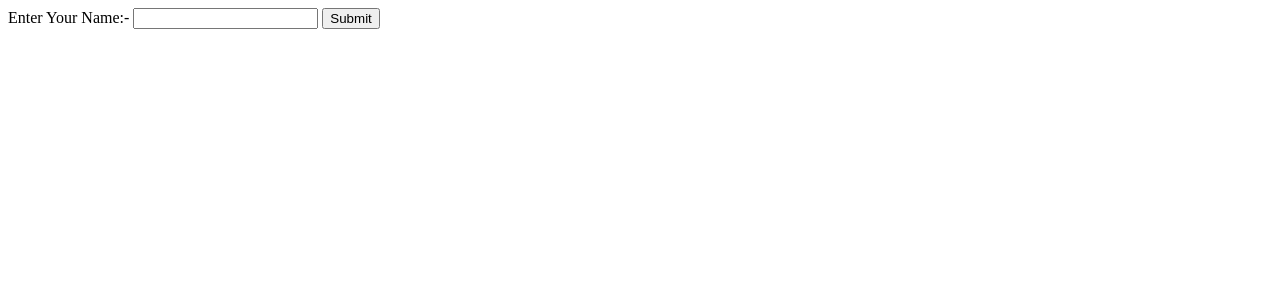
Repository: Bhushan1307/jewelltechno
Page: db-web-app/src/main/webapp/index.html
The author's editor kept a copy of each file at every save. The page is drawn from the files as they stood at one save, then again after a run of saves.
The browser window is 1280 px wide. The pictures show the whole page.

Above is the page before, as saved 2023-02-14 12:00:46.

### db-web-app/src/main/webapp/index.html
<!DOCTYPE html>
<html>
<head>
<meta charset="ISO-8859-1">
<title>Insert title here</title>
</head>
<body>
		<form action="student">
		<label>Enter Your Name:- </label>
		<input type="text" name="std-name">
		<input type="submit">

		</form>
</body>
</html>

After the next 2 saves:
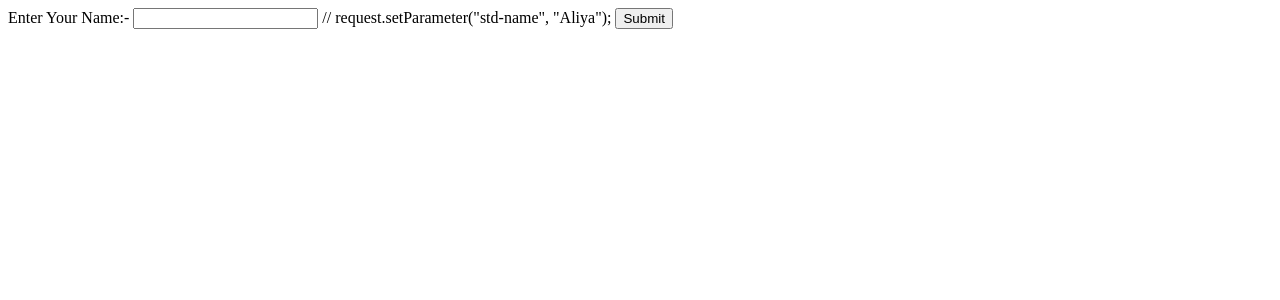
The 2 saves are shown as one change because they came seconds apart.
The last was saved 2 min 34 s later.
--- a/db-web-app/src/main/webapp/index.html
+++ b/db-web-app/src/main/webapp/index.html
@@ -7,7 +7,7 @@
 <body>
 		<form action="student">
 		<label>Enter Your Name:- </label>
-		<input type="text" name="std-name">
+		<input type="text" name="std-name">  // request.setParameter("std-name", "Aliya");
 		<input type="submit">
 
 		</form>

After the 3 saves that followed:
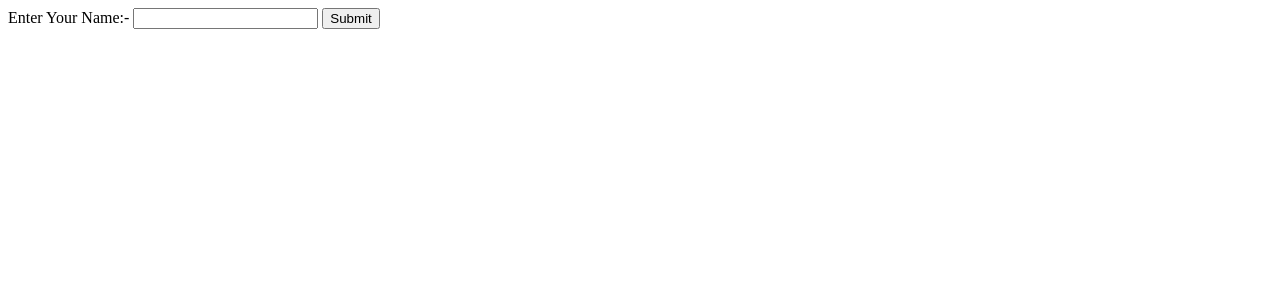
The 3 saves are shown as one change because 1 left the picture as it was and some came seconds apart.
The last was saved 6 min 12 s later.
--- a/db-web-app/src/main/webapp/index.html
+++ b/db-web-app/src/main/webapp/index.html
@@ -7,7 +7,7 @@
 <body>
 		<form action="student">
 		<label>Enter Your Name:- </label>
-		<input type="text" name="std-name">  // request.setParameter("std-name", "Aliya");
+		<input type="text" name="q"> <!--   // request.setParameter("std-name", "Aliya"); -->
 		<input type="submit">
 
 		</form>
